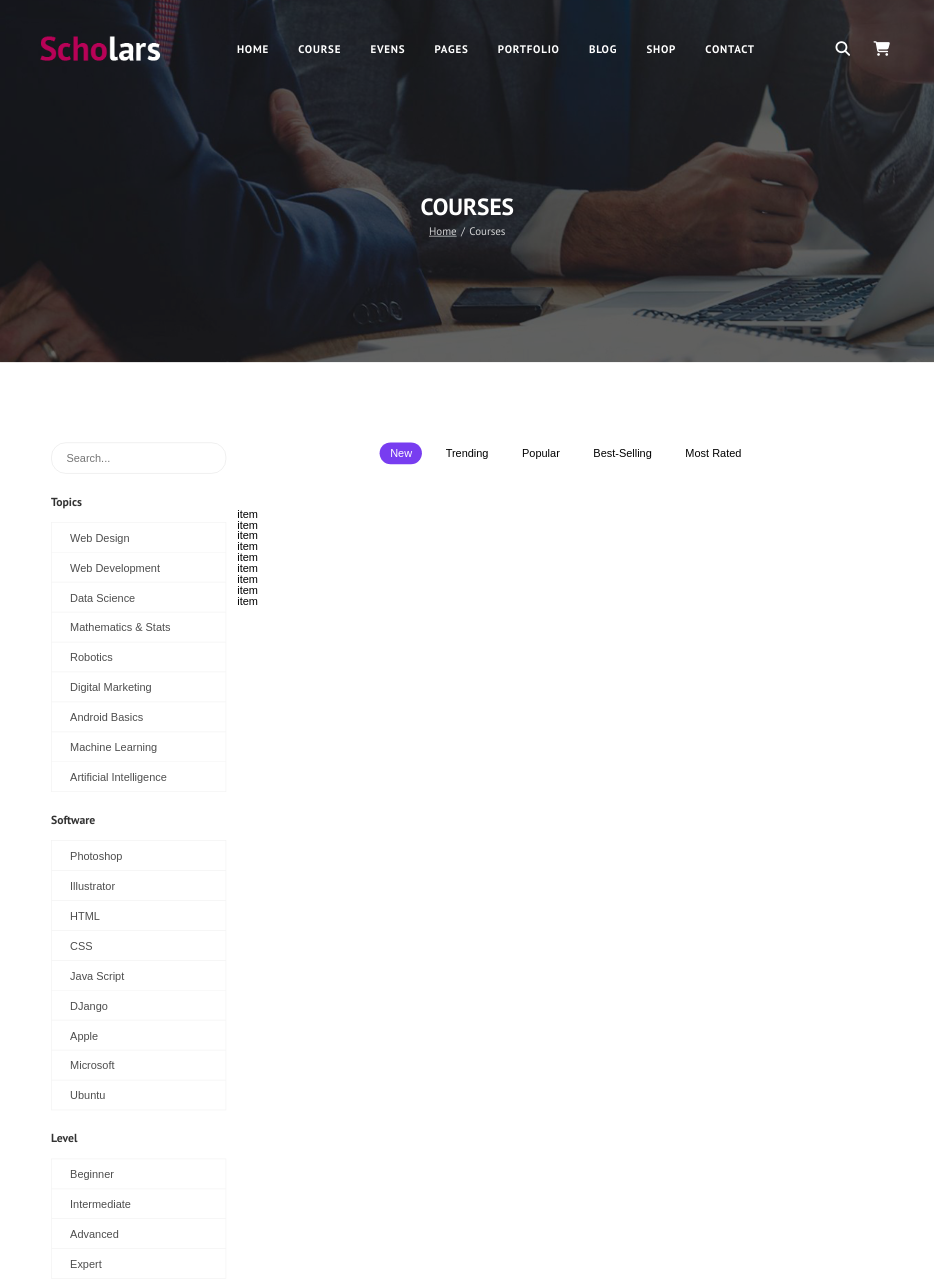
Repository: lannguyen1301/f8-zoom-day-7
Page: index.html
An editor plug-in stored every save of this project. The page is shown before and after the next save, followed by the edit.
The browser window is 1280 px wide. The pictures show the whole page, at 73% of full size.
Some web fonts or font styles are not loaded; a fallback is used.

Above is the page before, as saved 2025-04-24 23:50:26.

After the next save:
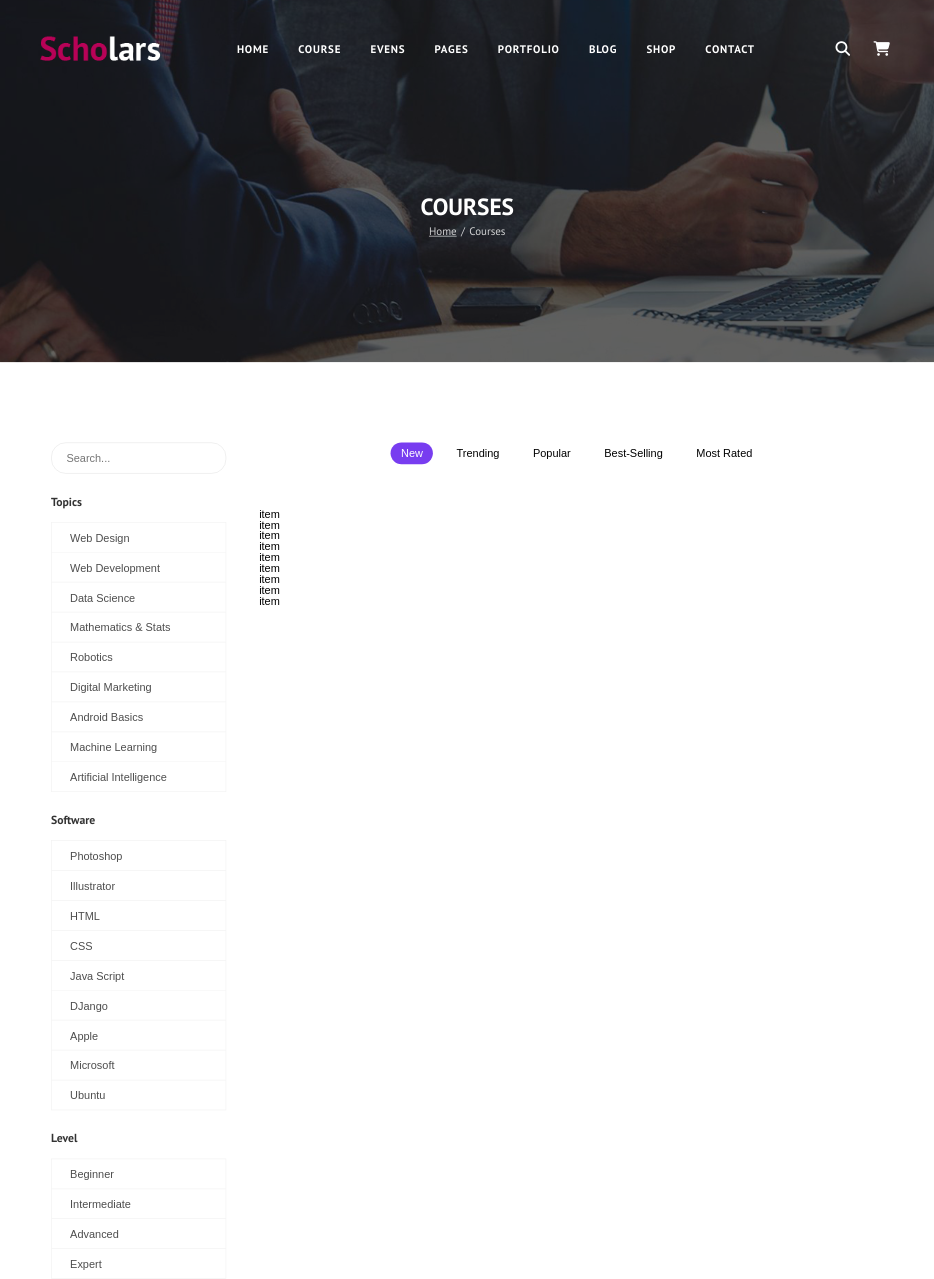
Saved 11 s later.
--- a/assets/css/style.css
+++ b/assets/css/style.css
@@ -153,6 +153,7 @@ h1.heading {
 
 .main .inner {
     display: flex;
+    gap: 30px;
 }
 
 /* Start sidebar */
